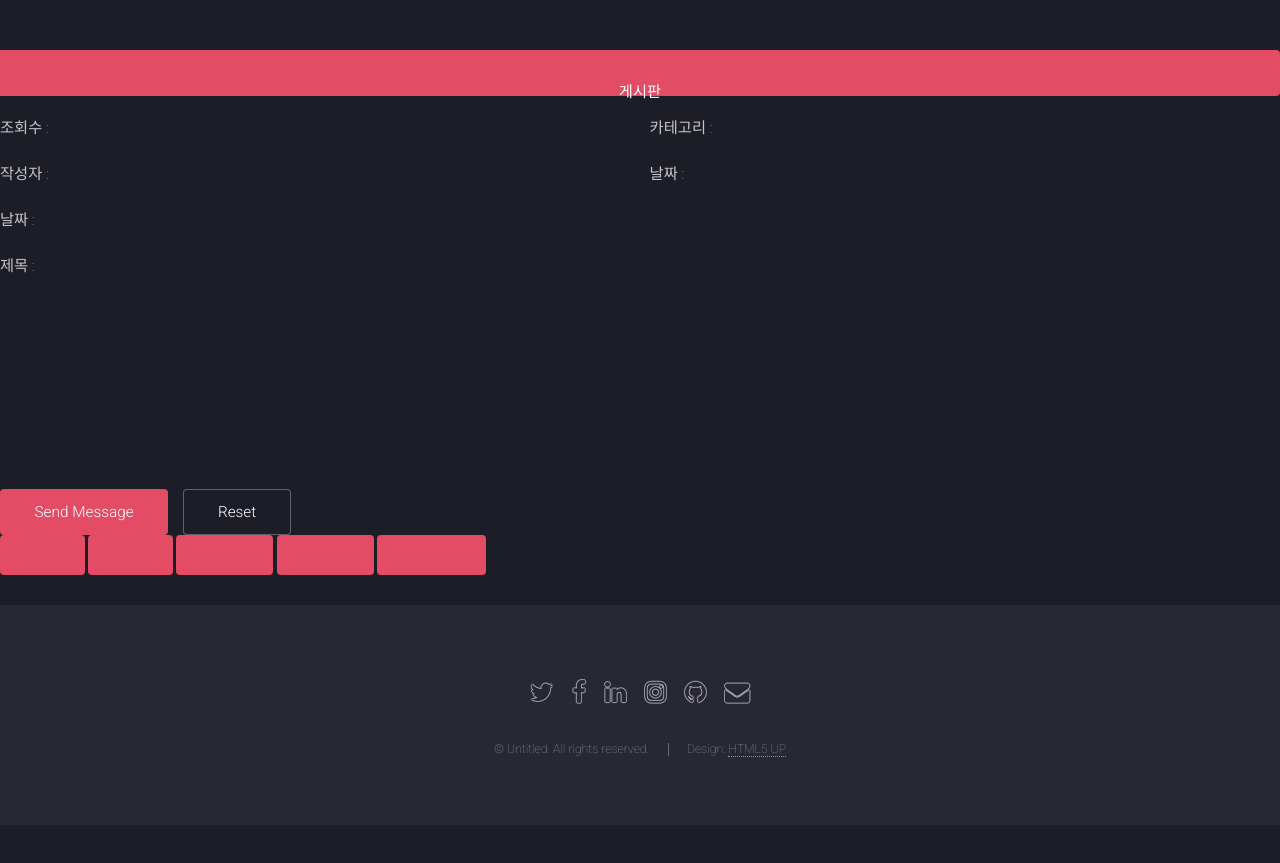
Repository: worMholEamkim/SpringEX
Page: http://localhost/bbs/bbsview.do
The author's editor kept a copy of each file at every save. The page is drawn from the files as they stood at one save, then again after the next save.
The browser window is 1280 px wide. The pictures show the whole page.
The page is served by Tomcat 9. Queries for data that is not in the repository find no rows.

Above is the page before, as saved 2019-03-18 01:03:54.

After the next save:
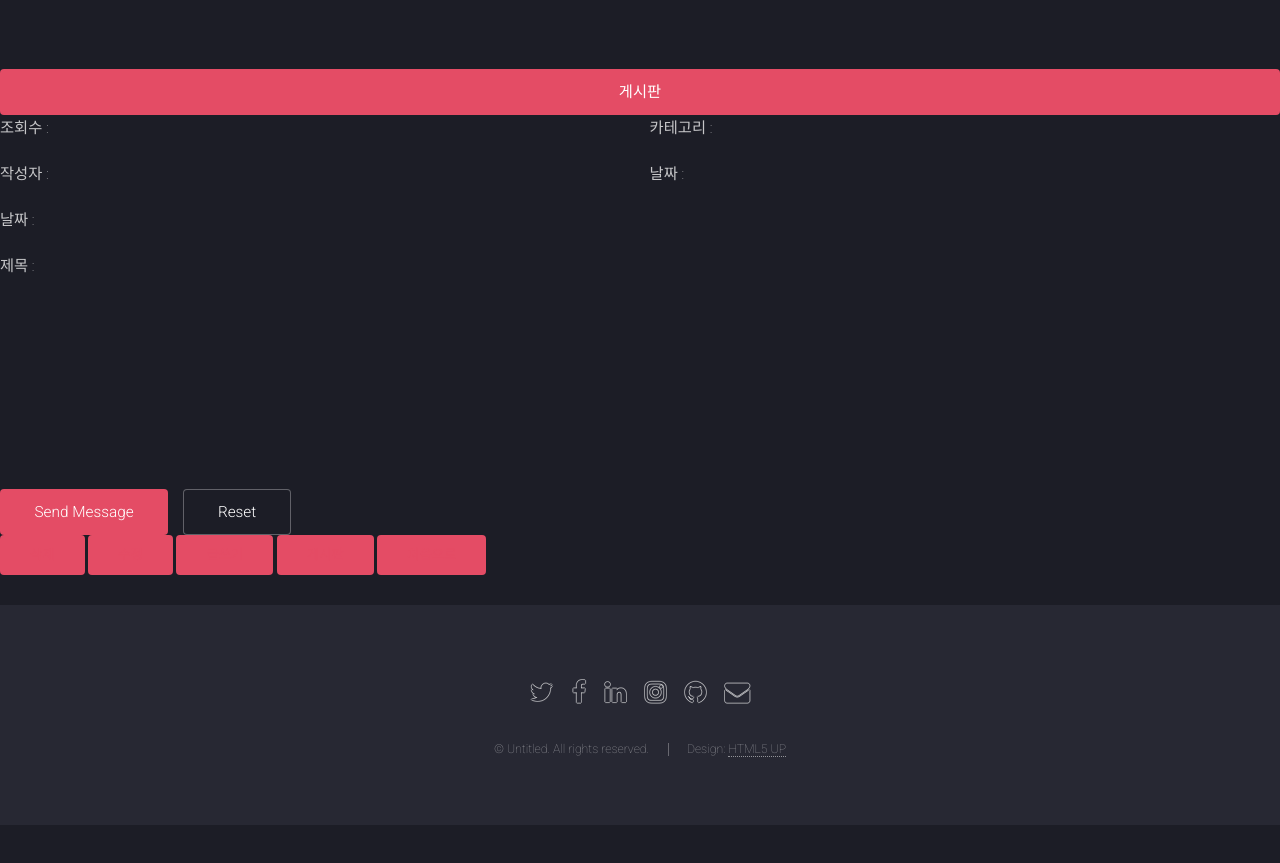
Saved 33 s later.
--- a/JSP_WepPage_Server-master.zip_expanded/JSP_WepPage_Server-master/bbs/WebContent/WEB-INF/bbsview.jsp
+++ b/JSP_WepPage_Server-master.zip_expanded/JSP_WepPage_Server-master/bbs/WebContent/WEB-INF/bbsview.jsp
@@ -181,8 +181,9 @@
 							<section>
 
 								<form>
+								<botton class="button primary fit">게시판</botton>
 									<div class="row gtr-uniform gtr-50">
-									<botton class="button primary fit">게시판</botton>
+
 
 										<div class="col-6">
 											조회수 : ${bbsview.bbsHit}
